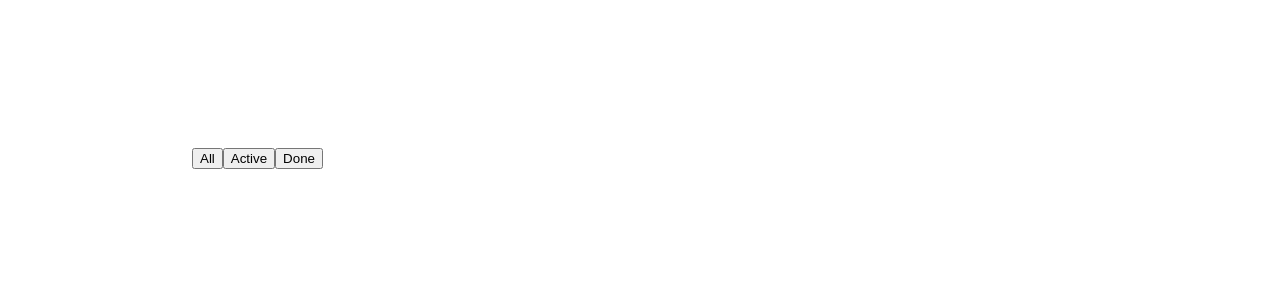
Repository: Yugayoung/todoList
Page: /
These files come from the project's save history. The page is drawn as it stood at one moment and after the next save; the edit follows.
The browser window is 1280 px wide. The pictures show the whole page.
The project was rebuilt for these pictures with package versions that can differ from the ones it lists, and the page was loaded fresh each time. Also part of the build but not shown: src/App.css.

Above is the page before, as saved 2024-03-21 00:14:15.

### src/index.css
body {
  margin: 0;
  font-family: -apple-system, BlinkMacSystemFont, 'Segoe UI', 'Roboto', 'Oxygen',
    'Ubuntu', 'Cantarell', 'Fira Sans', 'Droid Sans', 'Helvetica Neue',
    sans-serif;
  -webkit-font-smoothing: antialiased;
  -moz-osx-font-smoothing: grayscale;
  width: 100vw;
  height: 100vh;
  display: flex;
  justify-content: center;
  align-items: center;
  font-size: 1.2rem;
}

code {
  font-family: source-code-pro, Menlo, Monaco, Consolas, 'Courier New',
    monospace;
}
#root {
  width: 70%;
  height: 60%;
}

### src/App.js
import './App.css';
import Todo from './pages/Todo';

function App() {
  return (
    <>
      <Todo />
    </>
  );
}

export default App;

### src/pages/todo.jsx
import React from 'react';

export default function Todo() {
  return (
    <>
      <section>
        {/* 할일 state */}
        <div>
          <button>All</button>
          <button>Active</button>
          <button>Done</button>
        </div>
        {/* addTodoList */}
        {/* 할일 입력 */}
      </section>
    </>
  );
}

Loaded but not shown: public/index.html (common file); src/index.js (common file); src/reportWebVitals.js (common file)

After the next save:
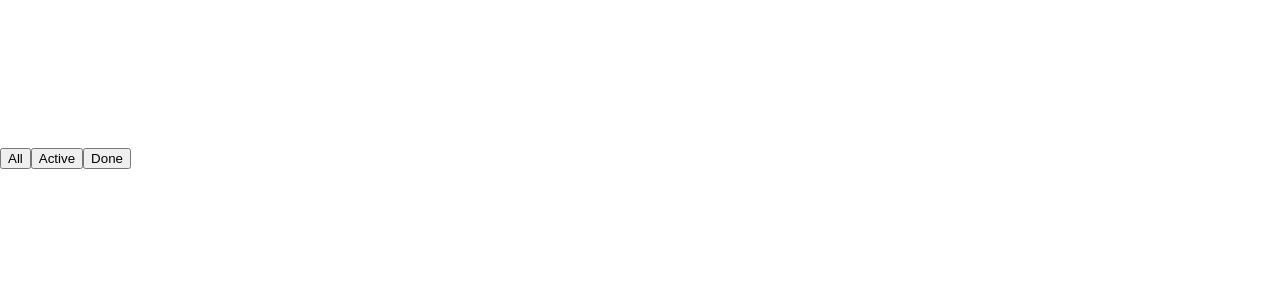
Saved 4 s later.
--- a/src/index.css
+++ b/src/index.css
@@ -18,6 +18,6 @@ code {
     monospace;
 }
 #root {
-  width: 70%;
+  width: 100%;
   height: 60%;
 }
